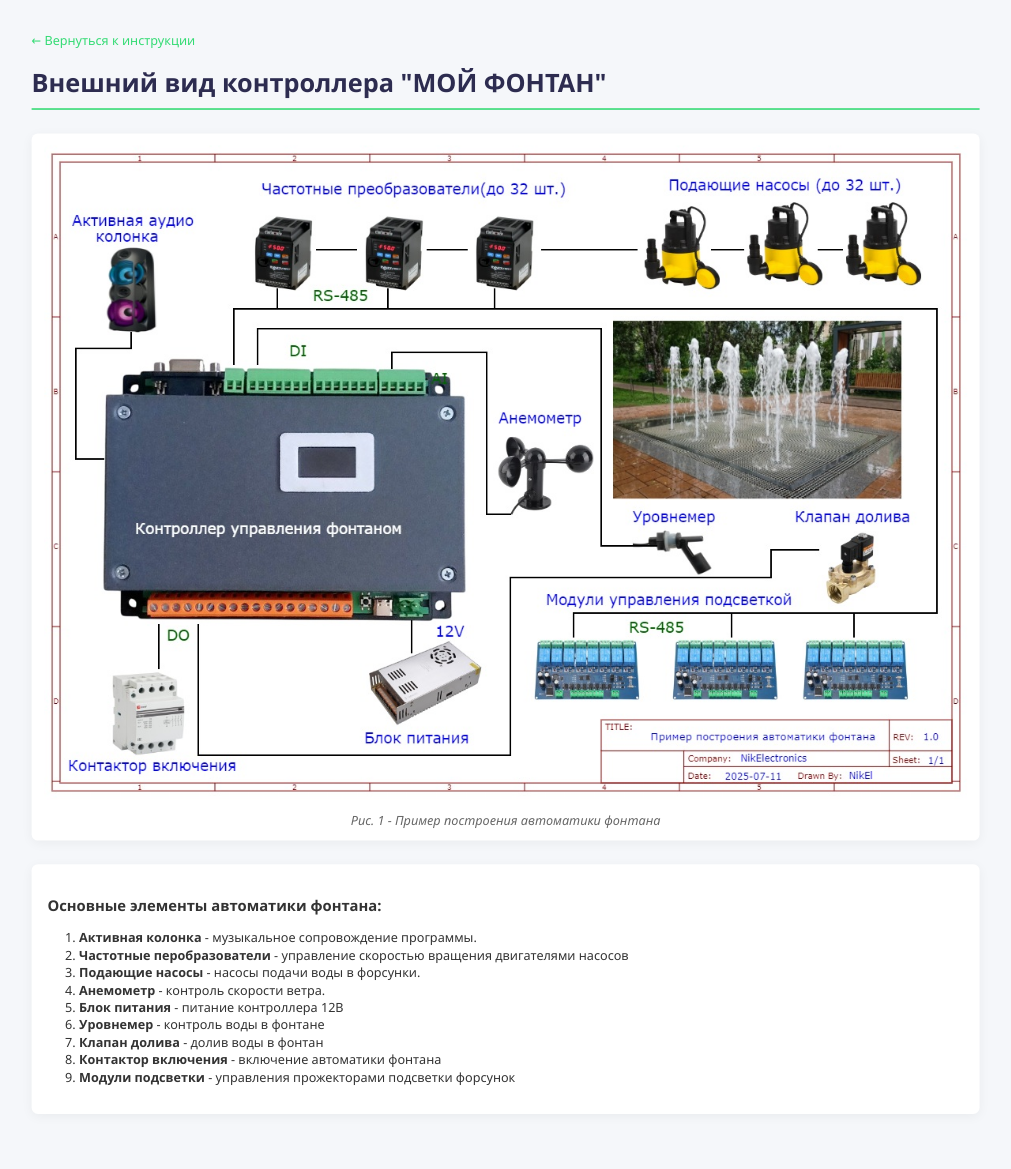
Repository: NikElectronics/fountain_manual
Page: controller.html
These files come from the project's save history. The page is drawn as it stood at one moment and after the next save; the edit follows.
The browser window is 1280 px wide. The pictures show the whole page, at 79% of full size.

Above is the page before, as saved 2025-07-14 04:23:54.

After the next save:
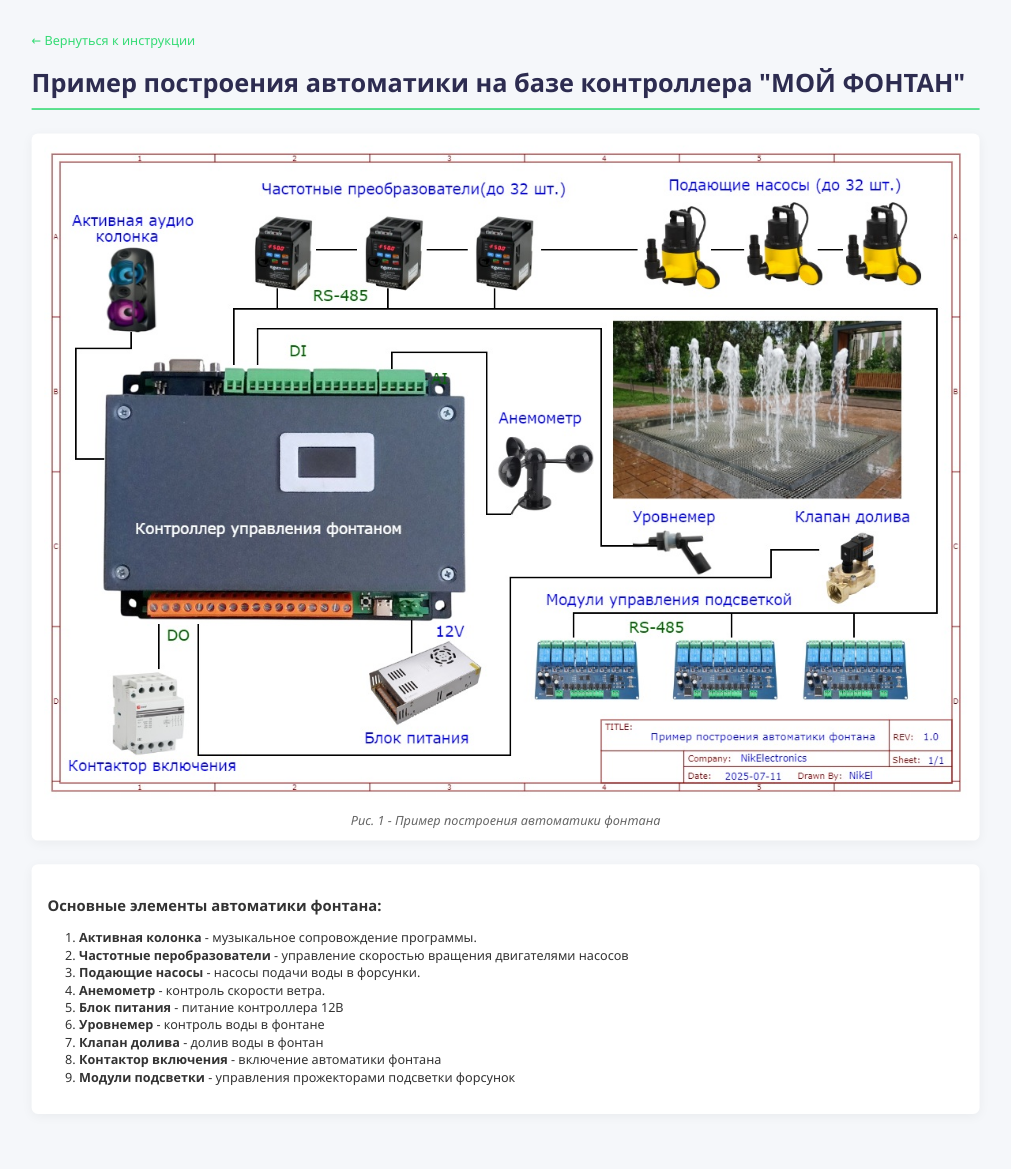
Saved 58 s later.
--- a/controller.html
+++ b/controller.html
@@ -81,7 +81,7 @@
     <div class="container">
         <a href="index.html" class="back-link">← Вернуться к инструкции</a>
 
-        <h1>Внешний вид контроллера "МОЙ ФОНТАН"</h1>
+        <h1>Пример построения автоматики на базе контроллера "МОЙ ФОНТАН"</h1>
 
         <div class="screenshot-container">
             <img src="screenshots/controller_image.jpg" alt="Изображение контроллера" class="screenshot">
